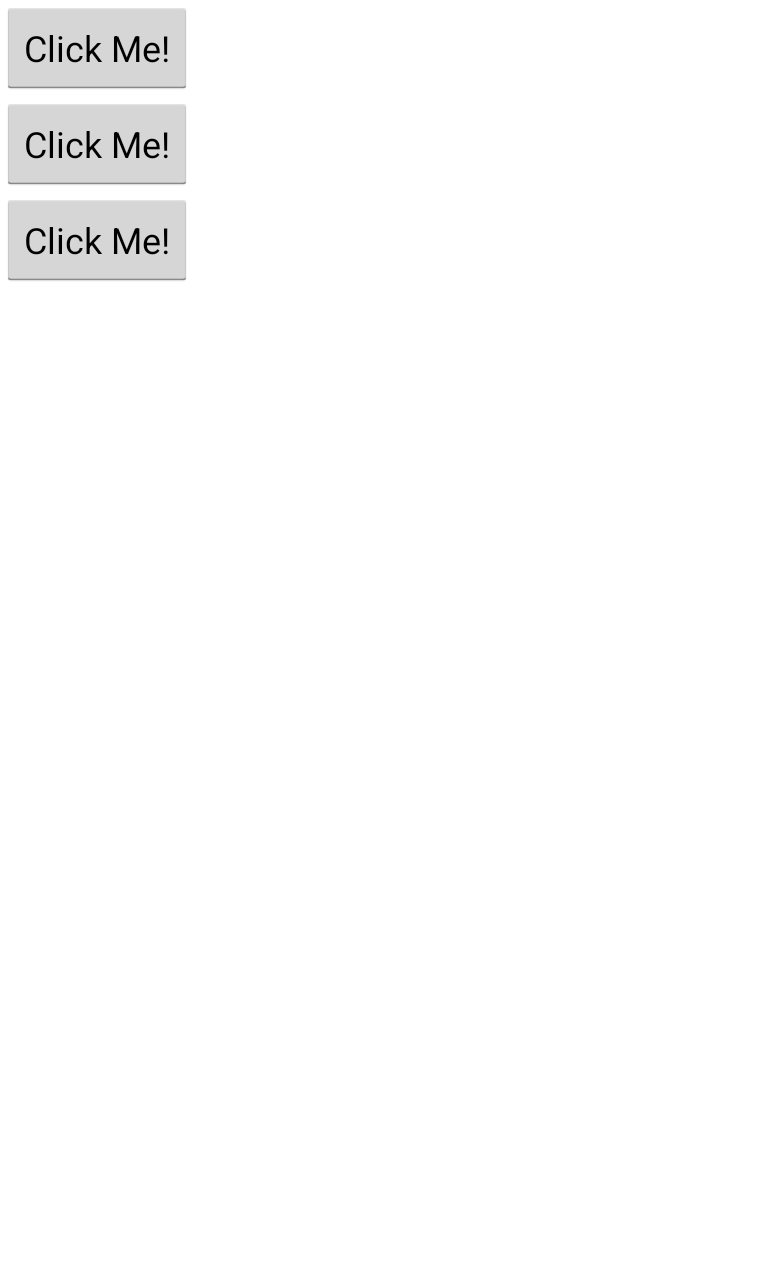
Repository: jonathansparks/Always-On-Always-Connected
Layout: LinearLayoutTest/res/layout/activity_main.xml
An editor plug-in stored every save of this project. The layout is shown before and after the next save, followed by the edit.
It is drawn on a 768 x 1280 px phone screen (xhdpi) without system bars, with theme AppTheme; the app's code is not run.

Above is the layout before, as saved 2014-02-13 23:38:02.

### LinearLayoutTest/res/layout/activity_main.xml
<LinearLayout xmlns:android="http://schemas.android.com/apk/res/android"
    android:layout_width="fill_parent"
    android:layout_height="fill_parent"
    android:orientation="vertical" >

    <Button
        android:id="@+id/button1"
        android:layout_width="wrap_content"
        android:layout_height="wrap_content"
        android:text="@string/click_me" />

    <Button
        android:id="@+id/button2"
        android:layout_width="wrap_content"
        android:layout_height="wrap_content"
        android:text="@string/click_me" />

    <Button
        android:id="@+id/button3"
        android:layout_width="wrap_content"
        android:layout_height="wrap_content"
        android:text="@string/click_me" />

</LinearLayout>

### LinearLayoutTest/res/values/strings.xml
<?xml version="1.0" encoding="utf-8"?>
<resources>

    <string name="app_name">LinearLayoutTest</string>
    <string name="action_settings">Settings</string>
    <string name="hello_world">Hello world!</string>
    <string name="click_me">Click Me!</string>

</resources>

Loaded but not shown: LinearLayoutTest/res/values/styles.xml (common file); LinearLayoutTest/res/values-v11/styles.xml (common file); LinearLayoutTest/res/values-v14/styles.xml (common file)

After the next save:
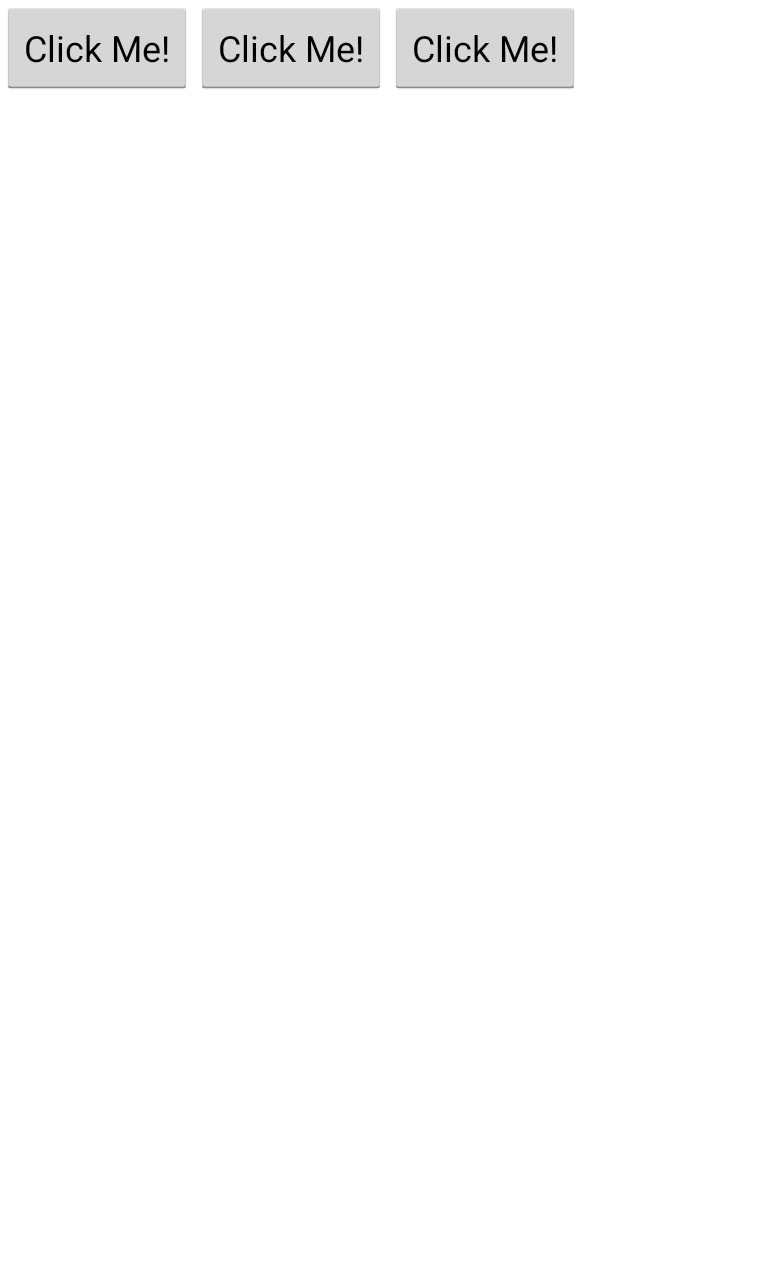
Saved 6 min 28 s later.
--- a/LinearLayoutTest/res/layout/activity_main.xml
+++ b/LinearLayoutTest/res/layout/activity_main.xml
@@ -3,11 +3,18 @@
     android:layout_height="fill_parent"
     android:orientation="vertical" >
 
-    <Button
+
+
+    <LinearLayout
+        android:layout_width="match_parent"
+        android:layout_height="wrap_content" >
+
+        <Button
         android:id="@+id/button1"
         android:layout_width="wrap_content"
         android:layout_height="wrap_content"
-        android:text="@string/click_me" />
+        android:text="@string/click_me"
+        android:orientation="horizontal" />
 
     <Button
         android:id="@+id/button2"
@@ -20,5 +27,6 @@
         android:layout_width="wrap_content"
         android:layout_height="wrap_content"
         android:text="@string/click_me" />
+    </LinearLayout>
 
 </LinearLayout>

After the save that followed:
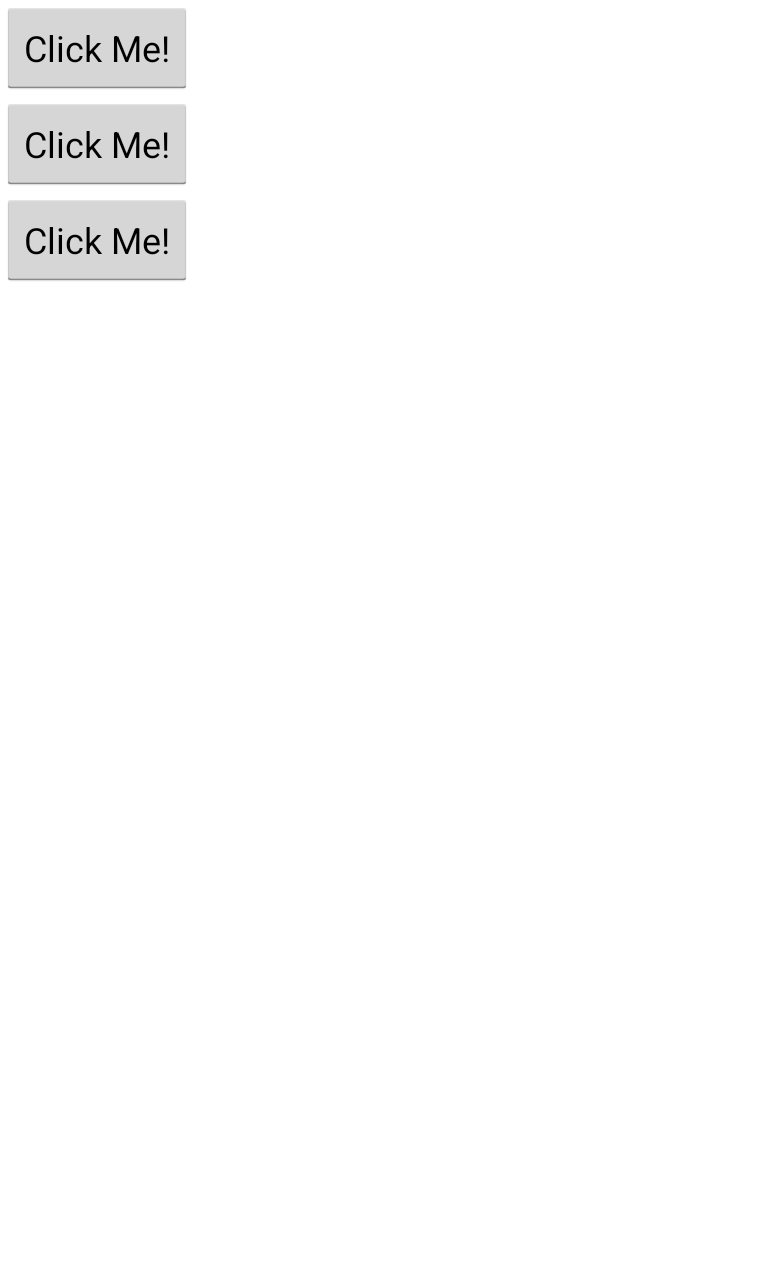
Saved 39 s later.
--- a/LinearLayoutTest/res/layout/activity_main.xml
+++ b/LinearLayoutTest/res/layout/activity_main.xml
@@ -3,18 +3,11 @@
     android:layout_height="fill_parent"
     android:orientation="vertical" >
 
-
-
-    <LinearLayout
-        android:layout_width="match_parent"
-        android:layout_height="wrap_content" >
-
-        <Button
+    <Button
         android:id="@+id/button1"
         android:layout_width="wrap_content"
         android:layout_height="wrap_content"
-        android:text="@string/click_me"
-        android:orientation="horizontal" />
+        android:text="@string/click_me" />
 
     <Button
         android:id="@+id/button2"
@@ -27,6 +20,5 @@
         android:layout_width="wrap_content"
         android:layout_height="wrap_content"
         android:text="@string/click_me" />
-    </LinearLayout>
 
 </LinearLayout>
